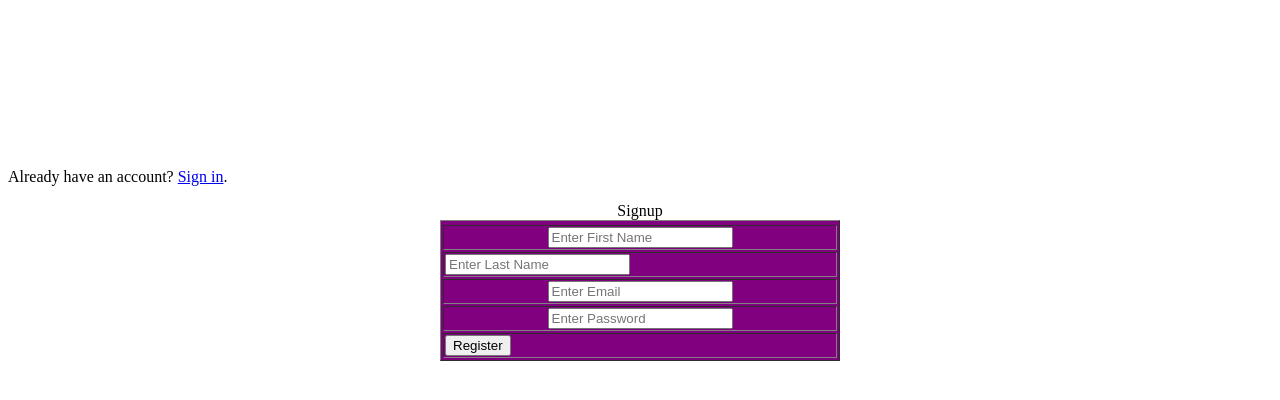
Repository: 1919satya/Mode2
Page: sample/sample/WebContent/sample.html
An editor plug-in stored every save of this project. The page is shown before and after the next save, followed by the edit.
The browser window is 1280 px wide. The pictures show the whole page.

Above is the page before, as saved 2019-10-10 13:04:24.

### sample/sample/WebContent/sample.html
<!DOCTYPE html>
<html>
<head>
<meta charset="ISO-8859-1">
<title>Insert title here</title>
</head>
<body>

<form >
<div class="container">
<table border="1" align="center" width="400" bgcolor="purple" >

  <tr>
    <caption>Signup</caption>

   <th><input type="text" placeholder="Enter First Name" name="firstName"  required></th><br/><br/>
   </tr>

   <tr>

    <td><input type="text" placeholder="Enter Last Name" name="lastName" required></td> <br/><br/>
    </tr>

    <tr>

   <th><input type="text" placeholder="Enter Email" name="email" required></th> <br/><br/>
   </tr>

<tr>

    <th><input type="password" placeholder="Enter Password" name="psw" required></th> <br/><br/>
    </tr>


   <tr>
   <center>
    <td><button type="submit" class="registerbtn">Register</button>
    </center>
    </tr>

  </div>

  <div class="container signin">
    <p>Already have an account? <a href="#">Sign in</a>.</p>
  </div>
</form>
</table>
</body>
</html>

After the next save:
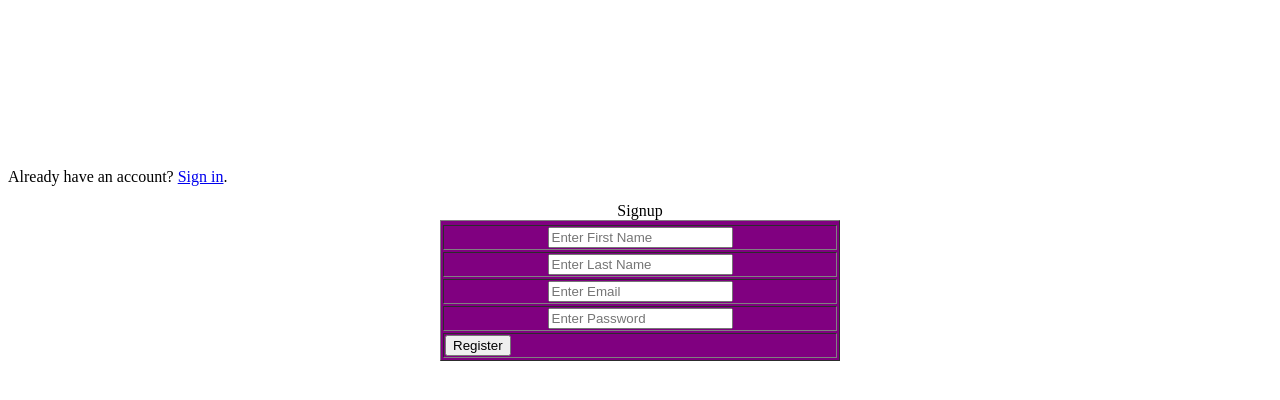
Saved 19 s later.
--- a/sample/sample/WebContent/sample.html
+++ b/sample/sample/WebContent/sample.html
@@ -18,7 +18,7 @@
 
    <tr>
 
-    <td><input type="text" placeholder="Enter Last Name" name="lastName" required></td> <br/><br/>
+    <th><input type="text" placeholder="Enter Last Name" name="lastName" required></th> <br/><br/>
     </tr>
 
     <tr>
